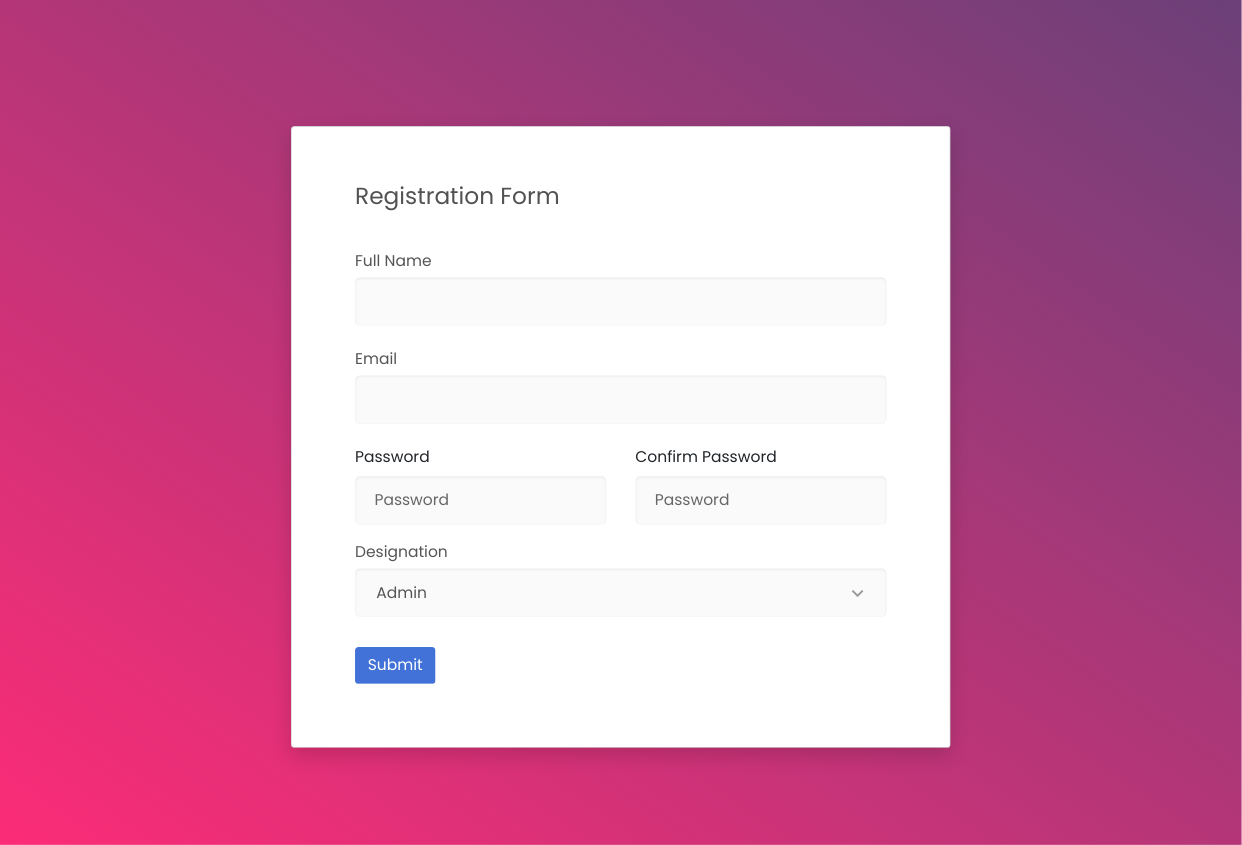
Repository: AbdulRehman0/registration
Page: http://localhost/registration.php
An editor plug-in stored every save of this project. The page is shown before and after the next save, followed by the edit.
The browser window is 1280 px wide. The pictures show the whole page, at 97% of full size.
The page is run by PHP 8.4 with error messages shown; the project is at /var/www/html/. Other server files are loaded and not shown.

Above is the page before, as saved 2021-01-05 20:42:51.

### registration.php
<?php
include "./templates/header.php";
?>
<body>
    <div class="page-wrapper bg-gra-02 p-t-130 p-b-100 font-poppins">
        <div class="wrapper wrapper--w680">
            <div class="card card-4">
                <div class="card-body">
                    <h2 class="title">Registration Form</h2>
                    <form method="POST" action="./controllers/UserController.php">
                        <div class="row">

                            <div class="col-md-12">
                                <div class="input-group">
                                    <label class="label">Full Name</label>
                                    <input class="input--style-4" type="text" name="full-name" required>
                                </div>
                            </div>
                        </div>

                        <div class="row row-space">
                            <div class="col-md-12">
                                <div class="input-group">
                                    <label class="label">Email</label>
                                    <input class="input--style-4" type="email" name="email" required>
                                </div>
                            </div>
                        </div>
                        <div class="row row-space">
                            <div class="col-md-6">
                                <div class="form-group">
                                    <label for="exampleInputPassword1">Password</label>
                                    <input type="password" class="input--style-4" id="exampleInputPassword1" name="pass1" placeholder="Password" required>
                                </div>
                            </div>
                            <div class="col-md-6">
                                <div class="form-group">
                                    <label for="exampleInputPassword2">Confirm Password</label>
                                    <input type="password" class="input--style-4" id="exampleInputPassword2" name="pass2" placeholder="Password" required>
                                </div>
                            </div>
                        </div>

                        <div class="row row-space">
                            <div class="col-md-12">
                                <div class="form-group">
                                    <label class="label">Designation</label>
                                    <div class="rs-select2 js-select-simple select--no-search">
                                        <select class="input--style-4" name="designation">
                                            <!-- <option disabled="disabled" selected="selected" required>choose</option> -->
                                            <option value="1">Admin</option>
                                            <option value="2">Editor</option>
                                        </select>
                                        <div class="select-dropdown"></div>
                                    </div>
                                </div>
                                </div>
                        </div>
                        <div class="p-t-15">
                            <button class="btn btn--radius-2 btn--blue" name="registartion                                  " type="submit">Submit</button>
                        </div>
                    </form>
                </div>
            </div>
        </div>
    </div>

</body><!-- This templates was made by Colorlib (https://colorlib.com) -->

<?php
include "./templates/footer.php";
?>

### templates/header.php
<!DOCTYPE html>
<html lang="en">

<head>
    <!-- Required meta tags-->
    <meta charset="UTF-8">
    <meta name="viewport" content="width=device-width, initial-scale=1, shrink-to-fit=no">
    <meta name="description" content="Colorlib Templates">
    <meta name="author" content="Colorlib">
    <meta name="keywords" content="Colorlib Templates">

    <!-- Title Page-->
    <title>Au Register Forms by Colorlib</title>

    <!-- Icons font CSS-->
    <link href="vendor/mdi-font/css/material-design-iconic-font.min.css" rel="stylesheet" media="all">
    <link href="vendor/font-awesome-4.7/css/font-awesome.min.css" rel="stylesheet" media="all">
    <!-- Font special for pages-->
    <link href="https://fonts.googleapis.com/css?family=Poppins:100,100i,200,200i,300,300i,400,400i,500,500i,600,600i,700,700i,800,800i,900,900i" rel="stylesheet">

    <!-- Vendor CSS-->
    <link href="vendor/select2/select2.min.css" rel="stylesheet" media="all">
    <link href="vendor/datepicker/daterangepicker.css" rel="stylesheet" media="all">

    <!-- Main CSS-->
    <link href="./assets/css/app.css" rel="stylesheet" media="all">
    <link rel="stylesheet" href="https://maxcdn.bootstrapcdn.com/bootstrap/4.0.0/css/bootstrap.min.css" integrity="sha384-Gn5384xqQ1aoWXA+058RXPxPg6fy4IWvTNh0E263XmFcJlSAwiGgFAW/dAiS6JXm" crossorigin="anonymous">
</head>

### templates/footer.php

</html>
<!-- end document-->
<!-- Jquery JS-->
<script src="vendor/jquery/jquery.min.js"></script>
    <!-- Vendor JS-->
    <script src="vendor/select2/select2.min.js"></script>
    <script src="vendor/datepicker/moment.min.js"></script>
    <script src="vendor/datepicker/daterangepicker.js"></script>

    <!-- Main JS-->
    <script src="./assets/js/app.js"></script>

### assets/css/app.css

/* ==========================================================================
   #FONT
   ========================================================================== */
   .font-robo {
    font-family: "Roboto", "Arial", "Helvetica Neue", sans-serif;
  }

  .font-poppins {
    font-family: "Poppins", "Arial", "Helvetica Neue", sans-serif;
  }

  /* ==========================================================================
     #GRID
     ========================================================================== */
  .row {
    display: -webkit-box;
    display: -webkit-flex;
    display: -moz-box;
    display: -ms-flexbox;
    display: flex;
    -webkit-flex-wrap: wrap;
    -ms-flex-wrap: wrap;
    flex-wrap: wrap;
  }

  .row-space {
    -webkit-box-pack: justify;
    -webkit-justify-content: space-between;
    -moz-box-pack: justify;
    -ms-flex-pack: justify;
    justify-content: space-between;
  }

  .col-2 {
    width: -webkit-calc((100% - 30px) / 2);
    width: -moz-calc((100% - 30px) / 2);
    width: calc((100% - 30px) / 2);
  }

  @media (max-width: 767px) {
    .col-2 {
      width: 100%;
    }
  }

  /* ==========================================================================
     #BOX-SIZING
     ========================================================================== */
  /**
   * More sensible default box-sizing:
   * css-tricks.com/inheriting-box-sizing-probably-slightly-better-best-practice
   */
  html {
    -webkit-box-sizing: border-box;
    -moz-box-sizing: border-box;
    box-sizing: border-box;
  }

  * {
    padding: 0;
    margin: 0;
  }

  *, *:before, *:after {
    -webkit-box-sizing: inherit;
    -moz-box-sizing: inherit;
    box-sizing: inherit;
  }

  /* ==========================================================================
     #RESET
     ========================================================================== */
  /**
   * A very simple reset that sits on top of Normalize.css.
   */
  body,
  h1, h2, h3, h4, h5, h6,
  blockquote, p, pre,
  dl, dd, ol, ul,
  figure,
  hr,
  fieldset, legend {
    margin: 0;
    padding: 0;
  }

  /**
   * Remove trailing margins from nested lists.
   */
  li > ol,
  li > ul {
    margin-bottom: 0;
  }

  /**
   * Remove default table spacing.
   */
  table {
    border-collapse: collapse;
    border-spacing: 0;
  }

  /**
   * 1. Reset Chrome and Firefox behaviour which sets a `min-width: min-content;`
   *    on fieldsets.
   */
  fieldset {
    min-width: 0;
    /* [1] */
    border: 0;
  }

  button {
    outline: none;
    background: none;
    border: none;
  }

  /* ==========================================================================
     #PAGE WRAPPER
     ========================================================================== */
  .page-wrapper {
    min-height: 100vh;
  }

  body {
    font-family: "Poppins", "Arial", "Helvetica Neue", sans-serif;
    font-weight: 400;
    font-size: 14px;
  }

  h1, h2, h3, h4, h5, h6 {
    font-weight: 400;
  }

  h1 {
    font-size: 36px;
  }

  h2 {
    font-size: 30px;
  }

  h3 {
    font-size: 24px;
  }

  h4 {
    font-size: 18px;
  }

  h5 {
    font-size: 15px;
  }

  h6 {
    font-size: 13px;
  }

  /* ==========================================================================
     #BACKGROUND
     ========================================================================== */
  .bg-blue {
    background: #2c6ed5;
  }

  .bg-red {
    background: #fa4251;
  }

  .bg-gra-01 {
    background: -webkit-gradient(linear, left bottom, left top, from(#fbc2eb), to(#a18cd1));
    background: -webkit-linear-gradient(bottom, #fbc2eb 0%, #a18cd1 100%);
    background: -moz-linear-gradient(bottom, #fbc2eb 0%, #a18cd1 100%);
    background: -o-linear-gradient(bottom, #fbc2eb 0%, #a18cd1 100%);
    background: linear-gradient(to top, #fbc2eb 0%, #a18cd1 100%);
  }

  .bg-gra-02 {
    background: -webkit-gradient(linear, left bottom, right top, from(#fc2c77), to(#6c4079));
    background: -webkit-linear-gradient(bottom left, #fc2c77 0%, #6c4079 100%);
    background: -moz-linear-gradient(bottom left, #fc2c77 0%, #6c4079 100%);
    background: -o-linear-gradient(bottom left, #fc2c77 0%, #6c4079 100%);
    background: linear-gradient(to top right, #fc2c77 0%, #6c4079 100%);
  }

  /* ==========================================================================
     #SPACING
     ========================================================================== */
  .p-t-100 {
    padding-top: 100px;
  }

  .p-t-130 {
    padding-top: 130px;
  }

  .p-t-180 {
    padding-top: 180px;
  }

  .p-t-20 {
    padding-top: 20px;
  }

  .p-t-15 {
    padding-top: 15px;
  }

  .p-t-10 {
    padding-top: 10px;
  }

  .p-t-30 {
    padding-top: 30px;
  }

  .p-b-100 {
    padding-bottom: 100px;
  }

  .m-r-45 {
    margin-right: 45px;
  }

  /* ==========================================================================
     #WRAPPER
     ========================================================================== */
  .wrapper {
    margin: 0 auto;
  }

  .wrapper--w960 {
    max-width: 960px;
  }

  .wrapper--w780 {
    max-width: 780px;
  }

  .wrapper--w680 {
    max-width: 680px;
  }

  /* ==========================================================================
     #BUTTON
     ========================================================================== */
  .btn {
    display: inline-block;
    line-height: 50px;
    padding: 0 50px;
    -webkit-transition: all 0.4s ease;
    -o-transition: all 0.4s ease;
    -moz-transition: all 0.4s ease;
    transition: all 0.4s ease;
    cursor: pointer;
    font-size: 18px;
    color: #fff;
    font-family: "Poppins", "Arial", "Helvetica Neue", sans-serif;
  }

  .btn--radius {
    -webkit-border-radius: 3px;
    -moz-border-radius: 3px;
    border-radius: 3px;
  }

  .btn--radius-2 {
    -webkit-border-radius: 5px;
    -moz-border-radius: 5px;
    border-radius: 5px;
  }

  .btn--pill {
    -webkit-border-radius: 20px;
    -moz-border-radius: 20px;
    border-radius: 20px;
  }

  .btn--green {
    background: #57b846;
  }

  .btn--green:hover {
    background: #4dae3c;
  }

  .btn--blue {
    background: #4272d7;
  }

  .btn--blue:hover {
    background: #3868cd;
  }

  /* ==========================================================================
     #DATE PICKER
     ========================================================================== */
  td.active {
    background-color: #2c6ed5;
  }

  input[type="date" i] {
    padding: 14px;
  }

  .table-condensed td, .table-condensed th {
    font-size: 14px;
    font-family: "Roboto", "Arial", "Helvetica Neue", sans-serif;
    font-weight: 400;
  }

  .daterangepicker td {
    width: 40px;
    height: 30px;
  }

  .daterangepicker {
    border: none;
    -webkit-box-shadow: 0px 8px 20px 0px rgba(0, 0, 0, 0.15);
    -moz-box-shadow: 0px 8px 20px 0px rgba(0, 0, 0, 0.15);
    box-shadow: 0px 8px 20px 0px rgba(0, 0, 0, 0.15);
    display: none;
    border: 1px solid #e0e0e0;
    margin-top: 5px;
  }

  .daterangepicker::after, .daterangepicker::before {
    display: none;
  }

  .daterangepicker thead tr th {
    padding: 10px 0;
  }

  .daterangepicker .table-condensed th select {
    border: 1px solid #ccc;
    -webkit-border-radius: 3px;
    -moz-border-radius: 3px;
    border-radius: 3px;
    font-size: 14px;
    padding: 5px;
    outline: none;
  }

  /* ==========================================================================
     #FORM
     ========================================================================== */
  input {
    outline: none;
    margin: 0;
    border: none;
    -webkit-box-shadow: none;
    -moz-box-shadow: none;
    box-shadow: none;
    width: 100%;
    font-size: 14px;
    font-family: inherit;
  }

  .input--style-4 {
    line-height: 50px;
    background: #fafafa;
    -webkit-box-shadow: inset 0px 1px 3px 0px rgba(0, 0, 0, 0.08);
    -moz-box-shadow: inset 0px 1px 3px 0px rgba(0, 0, 0, 0.08);
    box-shadow: inset 0px 1px 3px 0px rgba(0, 0, 0, 0.08);
    -webkit-border-radius: 5px;
    -moz-border-radius: 5px;
    border-radius: 5px;
    padding: 0 20px;
    font-size: 16px;
    color: #666;
    -webkit-transition: all 0.4s ease;
    -o-transition: all 0.4s ease;
    -moz-transition: all 0.4s ease;
    transition: all 0.4s ease;
  }

  .input--style-4::-webkit-input-placeholder {
    /* WebKit, Blink, Edge */
    color: #666;
  }

  .input--style-4:-moz-placeholder {
    /* Mozilla Firefox 4 to 18 */
    color: #666;
    opacity: 1;
  }

  .input--style-4::-moz-placeholder {
    /* Mozilla Firefox 19+ */
    color: #666;
    opacity: 1;
  }

  .input--style-4:-ms-input-placeholder {
    /* Internet Explorer 10-11 */
    color: #666;
  }

  .input--style-4:-ms-input-placeholder {
    /* Microsoft Edge */
    color: #666;
  }

  .label {
    font-size: 16px;
    color: #555;
    text-transform: capitalize;
    display: block;
    margin-bottom: 5px;
  }

  .radio-container {
    display: inline-block;
    position: relative;
    padding-left: 30px;
    cursor: pointer;
    font-size: 16px;
    color: #666;
    -webkit-user-select: none;
    -moz-user-select: none;
    -ms-user-select: none;
    user-select: none;
  }

  .radio-container input {
    position: absolute;
    opacity: 0;
    cursor: pointer;
  }

  .radio-container input:checked ~ .checkmark {
    background-color: #e5e5e5;
  }

  .radio-container input:checked ~ .checkmark:after {
    display: block;
  }

  .radio-container .checkmark:after {
    top: 50%;
    left: 50%;
    -webkit-transform: translate(-50%, -50%);
    -moz-transform: translate(-50%, -50%);
    -ms-transform: translate(-50%, -50%);
    -o-transform: translate(-50%, -50%);
    transform: translate(-50%, -50%);
    width: 12px;
    height: 12px;
    -webkit-border-radius: 50%;
    -moz-border-radius: 50%;
    border-radius: 50%;
    background: #57b846;
  }

  .checkmark {
    position: absolute;
    top: 50%;
    -webkit-transform: translateY(-50%);
    -moz-transform: translateY(-50%);
    -ms-transform: translateY(-50%);
    -o-transform: translateY(-50%);
    transform: translateY(-50%);
    left: 0;
    height: 20px;
    width: 20px;
    background-color: #e5e5e5;
    -webkit-border-radius: 50%;
    -moz-border-radius: 50%;
    border-radius: 50%;
    -webkit-box-shadow: inset 0px 1px 3px 0px rgba(0, 0, 0, 0.08);
    -moz-box-shadow: inset 0px 1px 3px 0px rgba(0, 0, 0, 0.08);
    box-shadow: inset 0px 1px 3px 0px rgba(0, 0, 0, 0.08);
  }

  .checkmark:after {
    content: "";
    position: absolute;
    display: none;
  }

  .input-group {
    position: relative;
    margin-bottom: 22px;
  }

  .input-group-icon {
    position: relative;
  }

  .input-icon {
    position: absolute;
    font-size: 18px;
    color: #999;
    right: 18px;
    top: 50%;
    -webkit-transform: translateY(-50%);
    -moz-transform: translateY(-50%);
    -ms-transform: translateY(-50%);
    -o-transform: translateY(-50%);
    transform: translateY(-50%);
    cursor: pointer;
  }

  /* ==========================================================================
     #SELECT2
     ========================================================================== */
  .select--no-search .select2-search {
    display: none !important;
  }

  .rs-select2 .select2-container {
    width: 100% !important;
    outline: none;
    background: #fafafa;
    -webkit-box-shadow: inset 0px 1px 3px 0px rgba(0, 0, 0, 0.08);
    -moz-box-shadow: inset 0px 1px 3px 0px rgba(0, 0, 0, 0.08);
    box-shadow: inset 0px 1px 3px 0px rgba(0, 0, 0, 0.08);
    -webkit-border-radius: 5px;
    -moz-border-radius: 5px;
    border-radius: 5px;
  }

  .rs-select2 .select2-container .select2-selection--single {
    outline: none;
    border: none;
    height: 50px;
    background: transparent;
  }

  .rs-select2 .select2-container .select2-selection--single .select2-selection__rendered {
    line-height: 50px;
    padding-left: 0;
    color: #555;
    font-size: 16px;
    font-family: inherit;
    padding-left: 22px;
    padding-right: 50px;
  }

  .rs-select2 .select2-container .select2-selection--single .select2-selection__arrow {
    height: 50px;
    right: 20px;
    display: -webkit-box;
    display: -webkit-flex;
    display: -moz-box;
    display: -ms-flexbox;
    display: flex;
    -webkit-box-pack: center;
    -webkit-justify-content: center;
    -moz-box-pack: center;
    -ms-flex-pack: center;
    justify-content: center;
    -webkit-box-align: center;
    -webkit-align-items: center;
    -moz-box-align: center;
    -ms-flex-align: center;
    align-items: center;
  }

  .rs-select2 .select2-container .select2-selection--single .select2-selection__arrow b {
    display: none;
  }

  .rs-select2 .select2-container .select2-selection--single .select2-selection__arrow:after {
    font-family: "Material-Design-Iconic-Font";
    content: '\f2f9';
    font-size: 24px;
    color: #999;
    -webkit-transition: all 0.4s ease;
    -o-transition: all 0.4s ease;
    -moz-transition: all 0.4s ease;
    transition: all 0.4s ease;
  }

  .rs-select2 .select2-container.select2-container--open .select2-selection--single .select2-selection__arrow::after {
    -webkit-transform: rotate(-180deg);
    -moz-transform: rotate(-180deg);
    -ms-transform: rotate(-180deg);
    -o-transform: rotate(-180deg);
    transform: rotate(-180deg);
  }

  .select2-container--open .select2-dropdown--below {
    border: none;
    -webkit-border-radius: 3px;
    -moz-border-radius: 3px;
    border-radius: 3px;
    -webkit-box-shadow: 0px 8px 20px 0px rgba(0, 0, 0, 0.15);
    -moz-box-shadow: 0px 8px 20px 0px rgba(0, 0, 0, 0.15);
    box-shadow: 0px 8px 20px 0px rgba(0, 0, 0, 0.15);
    border: 1px solid #e0e0e0;
    margin-top: 5px;
    overflow: hidden;
  }

  .select2-container--default .select2-results__option {
    padding-left: 22px;
  }

  /* ==========================================================================
     #TITLE
     ========================================================================== */
  .title {
    font-size: 24px;
    color: #525252;
    font-weight: 400;
    margin-bottom: 40px;
  }

  /* ==========================================================================
     #CARD
     ========================================================================== */
  .card {
    -webkit-border-radius: 3px;
    -moz-border-radius: 3px;
    border-radius: 3px;
    background: #fff;
  }

  .card-4 {
    background: #fff;
    -webkit-border-radius: 10px;
    -moz-border-radius: 10px;
    border-radius: 10px;
    -webkit-box-shadow: 0px 8px 20px 0px rgba(0, 0, 0, 0.15);
    -moz-box-shadow: 0px 8px 20px 0px rgba(0, 0, 0, 0.15);
    box-shadow: 0px 8px 20px 0px rgba(0, 0, 0, 0.15);
  }

  .card-4 .card-body {
    padding: 57px 65px;
    padding-bottom: 65px;
  }

  @media (max-width: 767px) {
    .card-4 .card-body {
      padding: 50px 40px;
    }
  }

### assets/js/app.js
(function ($) {
  'use strict';
  /*==================================================================
      [ Daterangepicker ]*/
  try {
      $('.js-datepicker').daterangepicker({
          "singleDatePicker": true,
          "showDropdowns": true,
          "autoUpdateInput": false,
          locale: {
              format: 'DD/MM/YYYY'
          },
      });

      var myCalendar = $('.js-datepicker');
      var isClick = 0;

      $(window).on('click',function(){
          isClick = 0;
      });

      $(myCalendar).on('apply.daterangepicker',function(ev, picker){
          isClick = 0;
          $(this).val(picker.startDate.format('DD/MM/YYYY'));

      });

      $('.js-btn-calendar').on('click',function(e){
          e.stopPropagation();

          if(isClick === 1) isClick = 0;
          else if(isClick === 0) isClick = 1;

          if (isClick === 1) {
              myCalendar.focus();
          }
      });

      $(myCalendar).on('click',function(e){
          e.stopPropagation();
          isClick = 1;
      });

      $('.daterangepicker').on('click',function(e){
          e.stopPropagation();
      });


  } catch(er) {console.log(er);}
  /*[ Select 2 Config ]
      ===========================================================*/

  try {
      var selectSimple = $('.js-select-simple');

      selectSimple.each(function () {
          var that = $(this);
          var selectBox = that.find('select');
          var selectDropdown = that.find('.select-dropdown');
          selectBox.select2({
              dropdownParent: selectDropdown
          });
      });

  } catch (err) {
      console.log(err);
  }


})(jQuery);

After the next save:
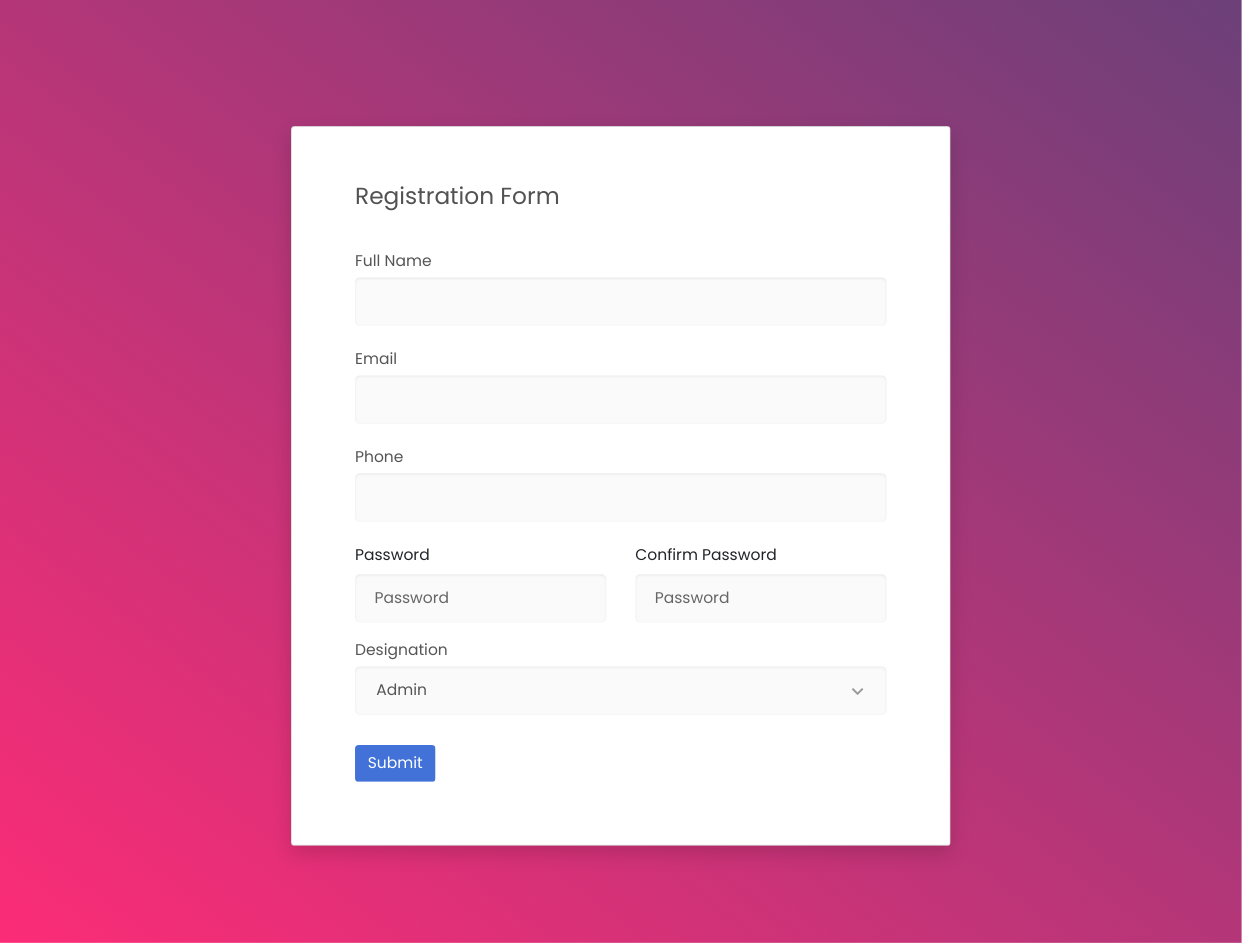
Saved 63 s later.
--- a/registration.php
+++ b/registration.php
@@ -23,6 +23,14 @@ include "./templates/header.php";
                                 <div class="input-group">
                                     <label class="label">Email</label>
                                     <input class="input--style-4" type="email" name="email" required>
+                                </div>
+                            </div>
+                        </div>
+                        <div class="row row-space">
+                            <div class="col-md-12">
+                                <div class="input-group">
+                                    <label class="label">Phone</label>
+                                    <input class="input--style-4" type="tel" name="phone" required>
                                 </div>
                             </div>
                         </div>
